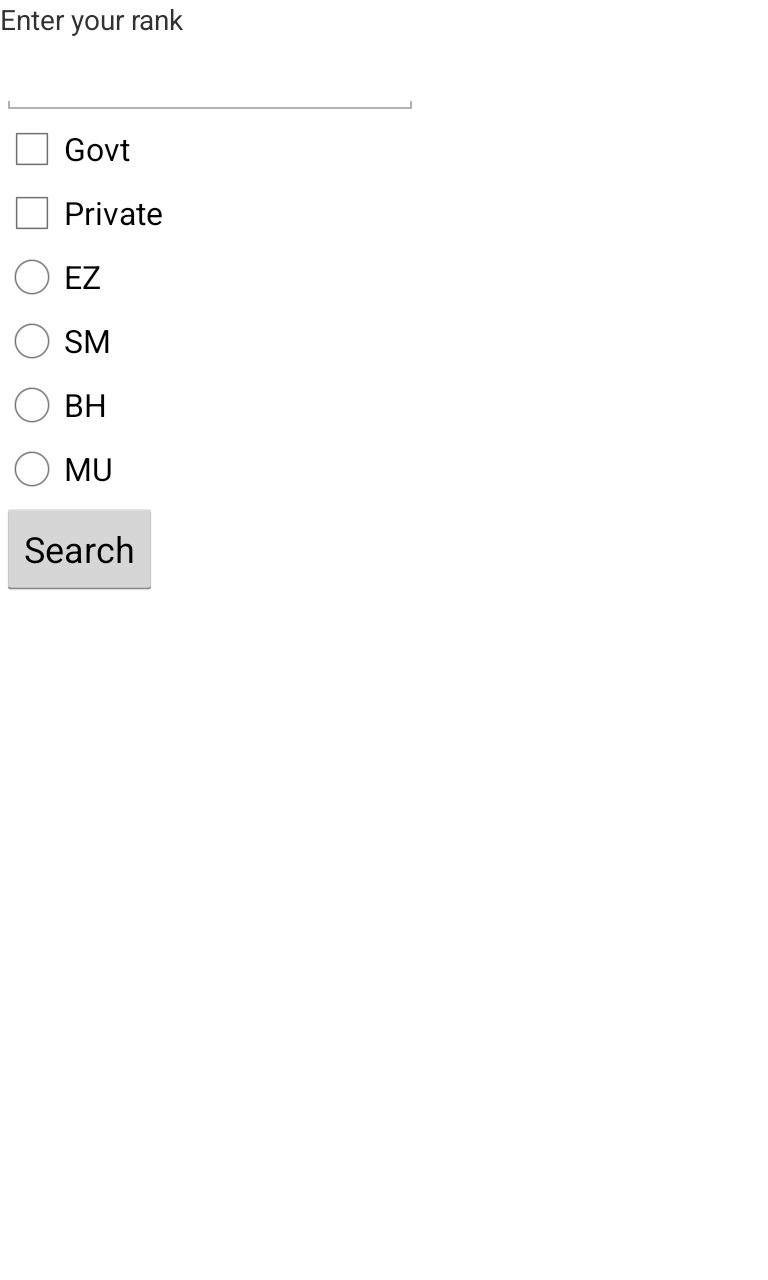
Repository: sandeepsas/Keam360
Layout: KEAM360/res/layout/activity_main.xml
An editor plug-in stored every save of this project. The layout is shown before and after the next save, followed by the edit.
It is drawn on a 768 x 1280 px phone screen (xhdpi) without system bars, with theme AppTheme; the app's code is not run.

Above is the layout before, as saved 2015-08-02 23:06:18.

### KEAM360/res/layout/activity_main.xml
<LinearLayout xmlns:android="http://schemas.android.com/apk/res/android"
    android:layout_width="wrap_content"
    android:layout_height="wrap_content"
    android:orientation="vertical" >

    <TextView
        android:id="@+id/textView1"
        android:layout_width="wrap_content"
        android:layout_height="wrap_content"
        android:text="Enter your rank" />

    <EditText
        android:id="@+id/editText1"
        android:layout_width="wrap_content"
        android:layout_height="wrap_content"
        android:ems="10" />

    <CheckBox
        android:id="@+id/checkBox1"
        android:layout_width="wrap_content"
        android:layout_height="wrap_content"
        android:text="Govt" />

    <CheckBox
        android:id="@+id/checkBox2"
        android:layout_width="wrap_content"
        android:layout_height="wrap_content"
        android:text="Private" />
    <RadioGroup
        android:layout_width="wrap_content"
        android:layout_height="wrap_content"
        android:layout_above="@+id/button1"
        android:layout_alignParentLeft="true" >

        <RadioButton
            android:id="@+id/RadioButton02"
            android:layout_width="wrap_content"
            android:layout_height="wrap_content"
            android:text="EZ" />

        <RadioButton
            android:id="@+id/radioButton1"
            android:layout_width="wrap_content"
            android:layout_height="wrap_content"
            android:text="SM" />

        <RadioButton
            android:id="@+id/RadioButton01"
            android:layout_width="wrap_content"
            android:layout_height="wrap_content"
            android:text="BH" />

        <RadioButton
            android:id="@+id/RadioButton03"
            android:layout_width="wrap_content"
            android:layout_height="wrap_content"
            android:text="MU" />
    </RadioGroup>
    <Button
        android:id="@+id/button1"
        android:layout_width="wrap_content"
        android:layout_height="wrap_content"
        android:layout_marginBottom="68dp"
        android:text="Search" />

</LinearLayout>

Loaded but not shown: KEAM360/res/values/styles.xml (common file); KEAM360/res/values-v11/styles.xml (common file); KEAM360/res/values-v14/styles.xml (common file)

After the next save:
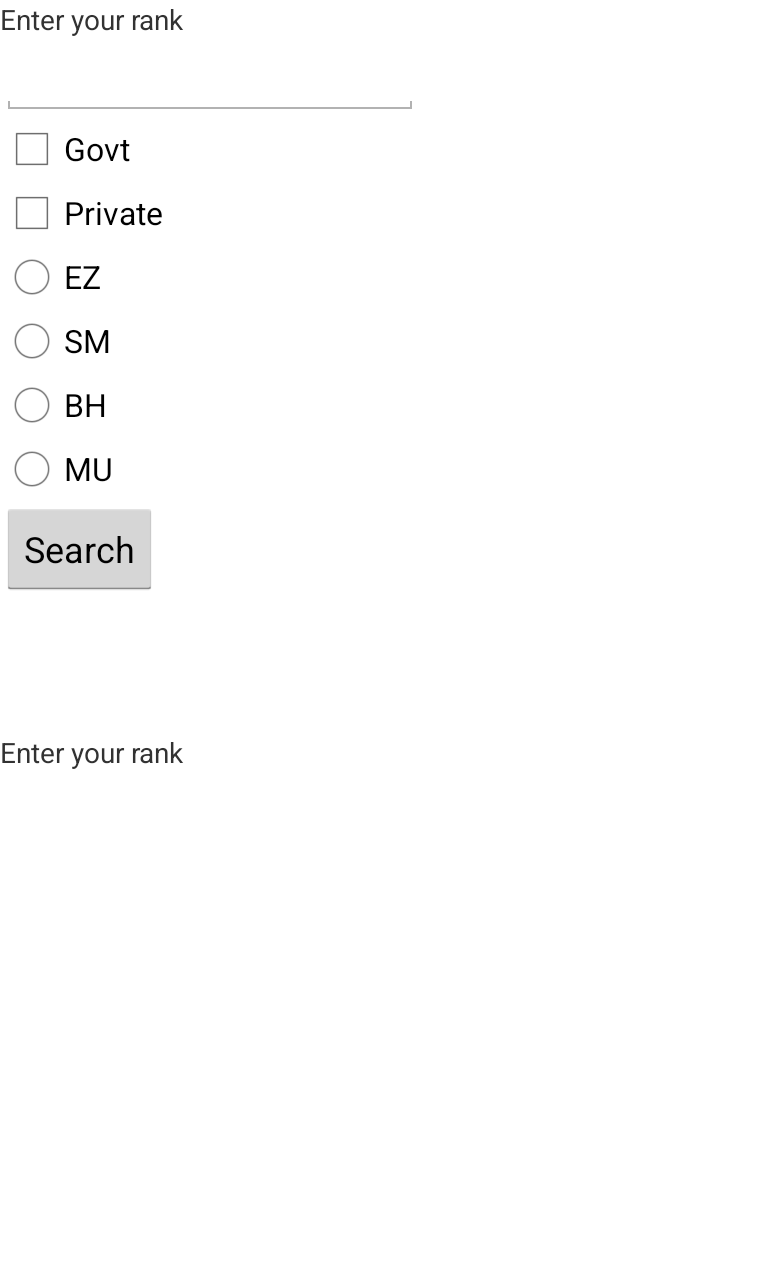
Saved 55 s later.
--- a/KEAM360/res/layout/activity_main.xml
+++ b/KEAM360/res/layout/activity_main.xml
@@ -62,5 +62,10 @@
         android:layout_height="wrap_content"
         android:layout_marginBottom="68dp"
         android:text="Search" />
+    <TextView
+        android:id="@+id/textView2"
+        android:layout_width="wrap_content"
+        android:layout_height="wrap_content"
+        android:text="Enter your rank" />
 
 </LinearLayout>

After the save that followed:
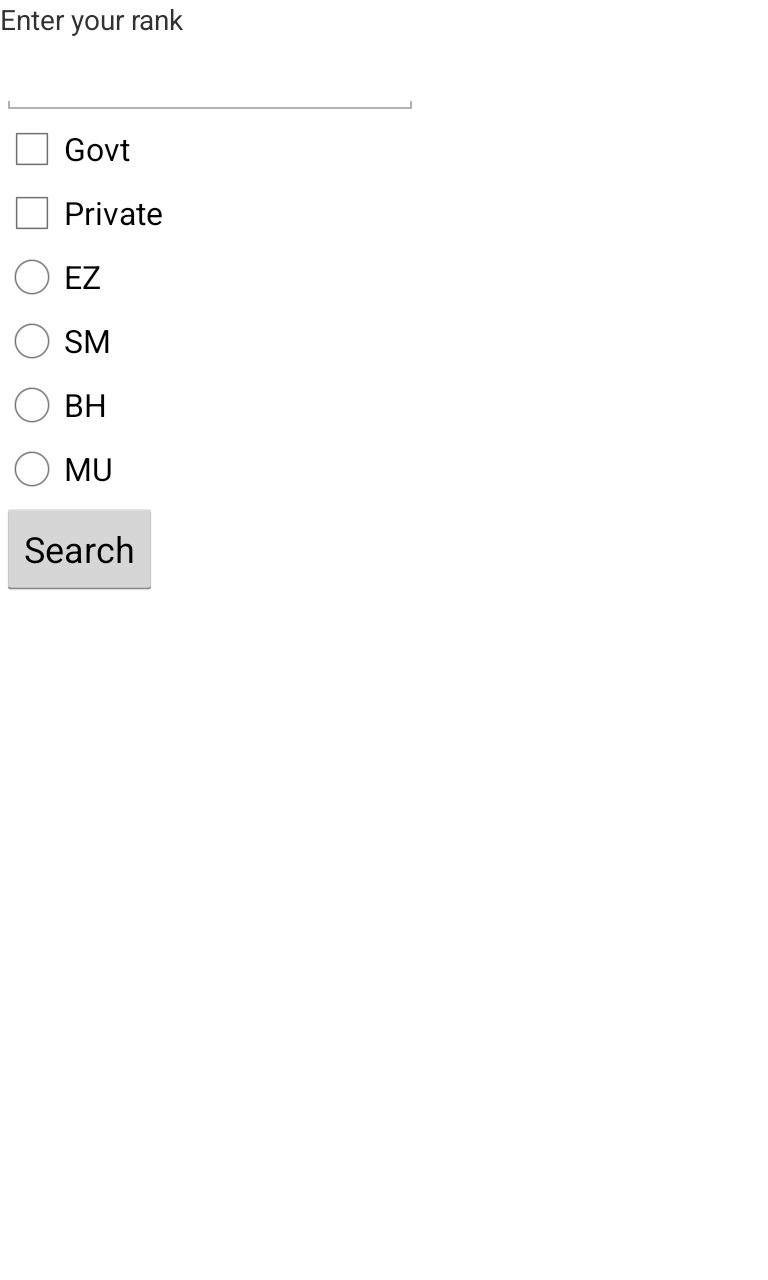
Saved 5 s later.
--- a/KEAM360/res/layout/activity_main.xml
+++ b/KEAM360/res/layout/activity_main.xml
@@ -66,6 +66,6 @@
         android:id="@+id/textView2"
         android:layout_width="wrap_content"
         android:layout_height="wrap_content"
-        android:text="Enter your rank" />
+        android:text="" />
 
 </LinearLayout>
